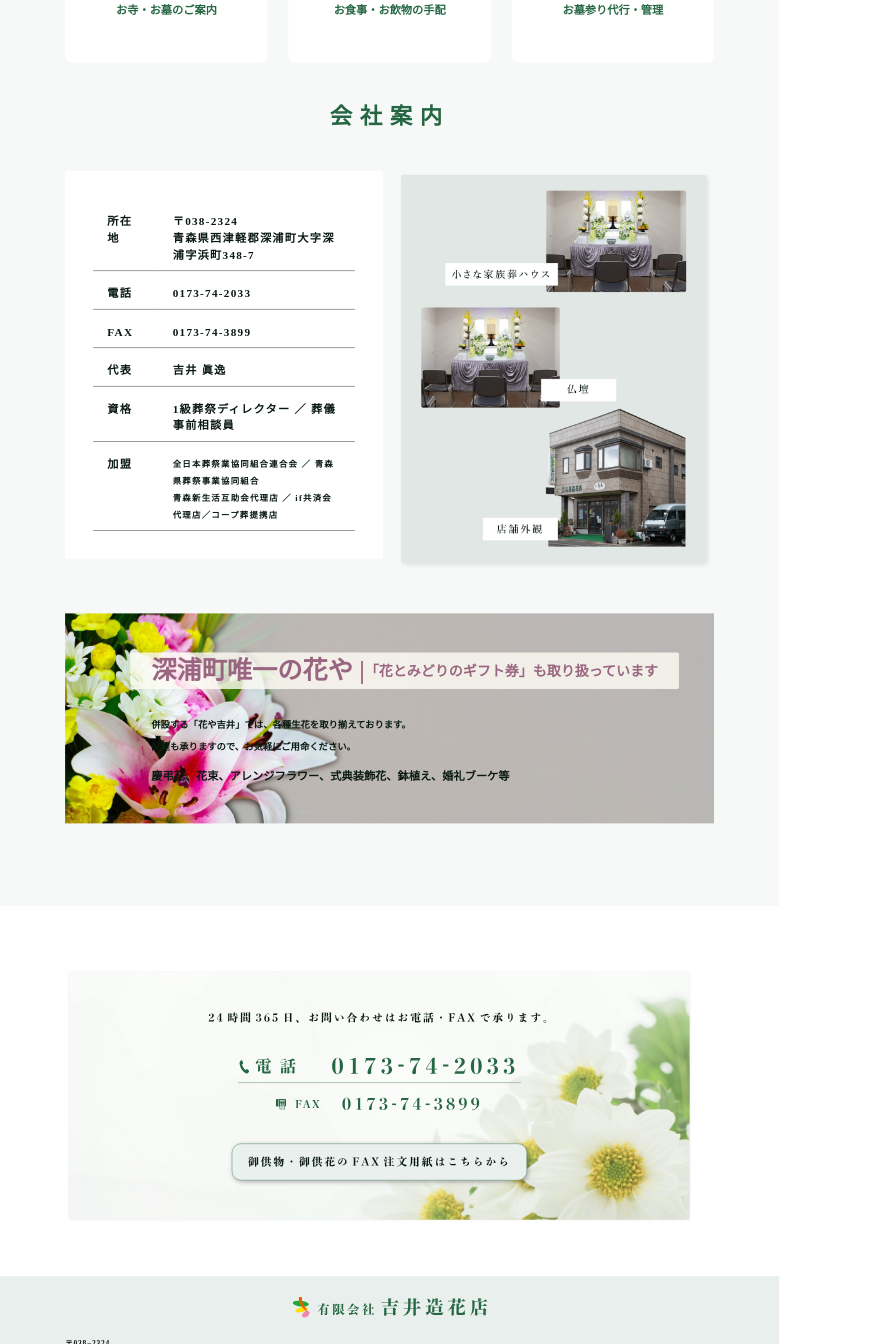
Repository: plus-agc-service-yamauchi/yoshii_scratch_ver3
Page: about.html
These files come from the project's save history. The page is drawn as it stood at one moment and after a run of saves; the edit follows.
The browser window is 1280 px wide. The pictures show the part of the page from y = 1075 to 2995 px (the page is 3805 px tall before and 3810 px after), at 70% of full size.
Pictures or frames that could not be fetched are drawn as grey boxes. Some web libraries are served in a nearby version. The style sheet was rebuilt from its Sass, Less or Tailwind sources for each picture, by a compiler version that may differ from the author's.

Above is the page before, as saved 2021-02-04 10:40:59.
Console error (its wording comes from the project's code and is left out).

After the next 2 saves:
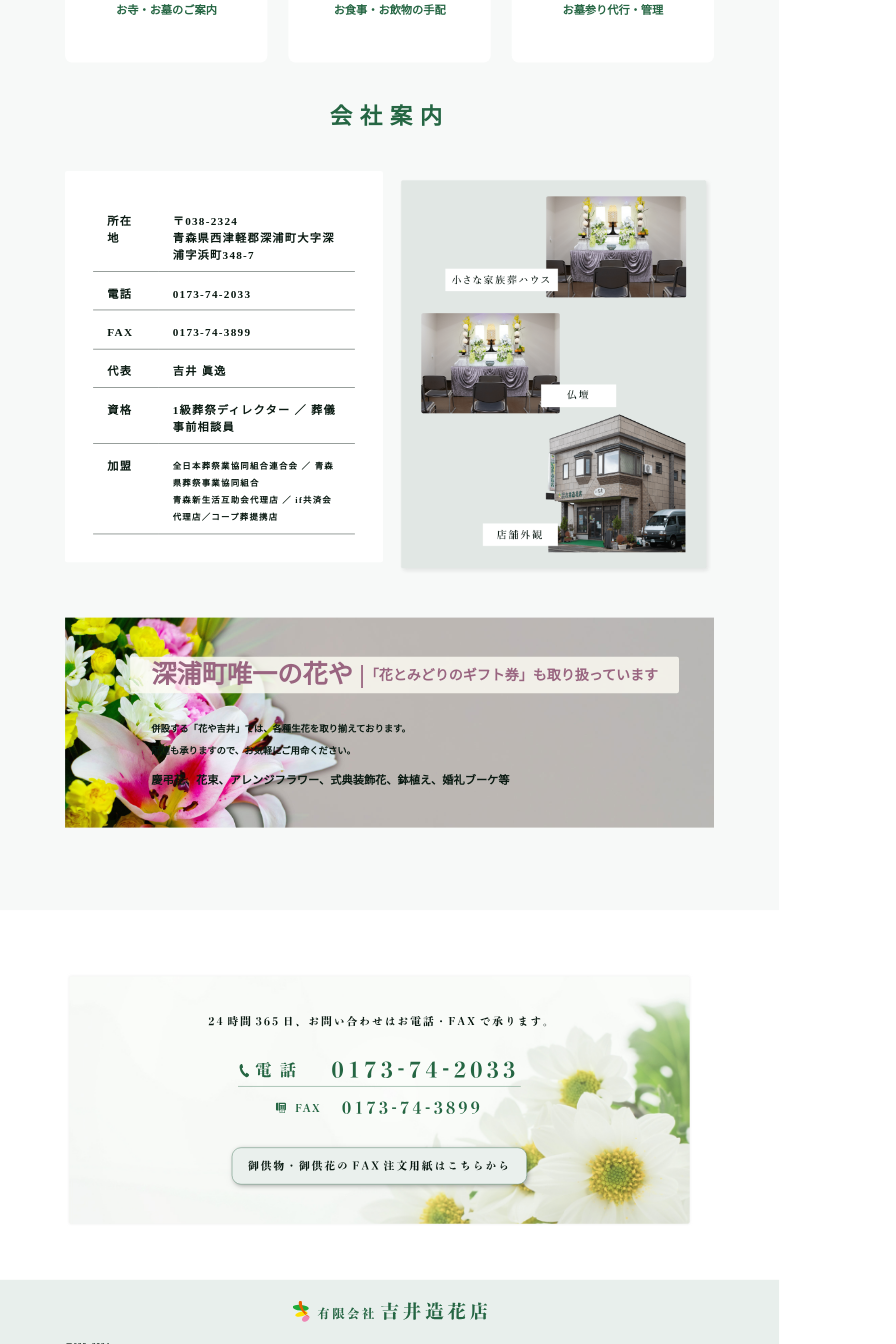
The 2 saves are shown as one change because they came seconds apart.
The last was saved 20 s later.
--- a/scss/about.scss
+++ b/scss/about.scss
@@ -256,4 +256,7 @@
     display: grid;
     grid-template-columns: 830px 1fr !important;
   }
-}
+  .nm10 {
+    margin-top: 8px;
+  }
+}
